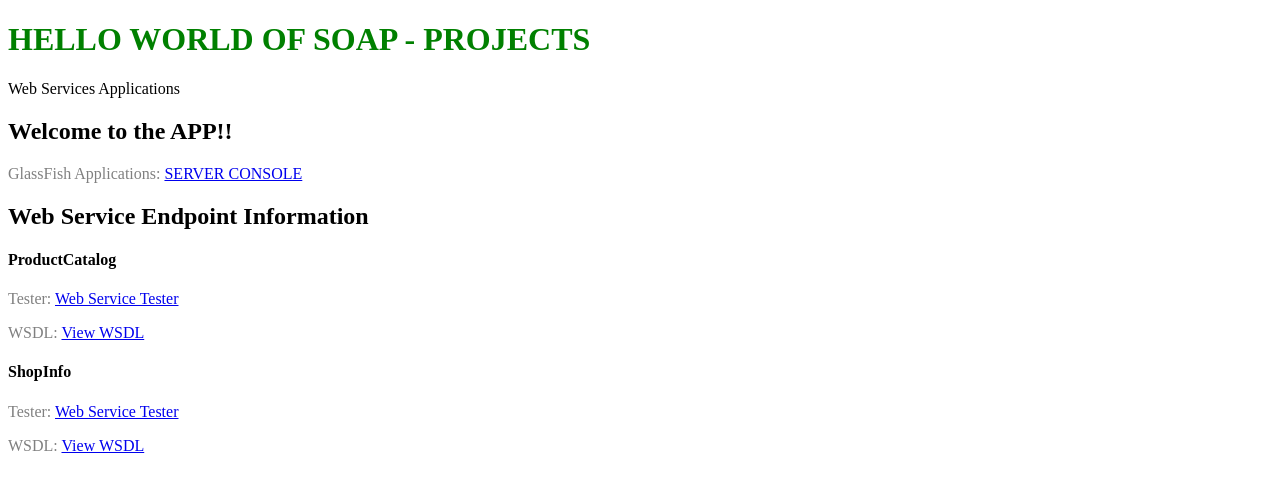
Repository: atafs/BackEnd_JAX-JAX-WS_SOAP
Page: http://localhost/Project_004_SOAP_server_TypesAndBinding/
The author's editor kept a copy of each file at every save. The page is drawn from the files as they stood at one save, then again after the next save.
The browser window is 1280 px wide. The pictures show the whole page.
The page is served by Tomcat 9.

Above is the page before, as saved 2016-01-26 16:30:34.

After the next save:
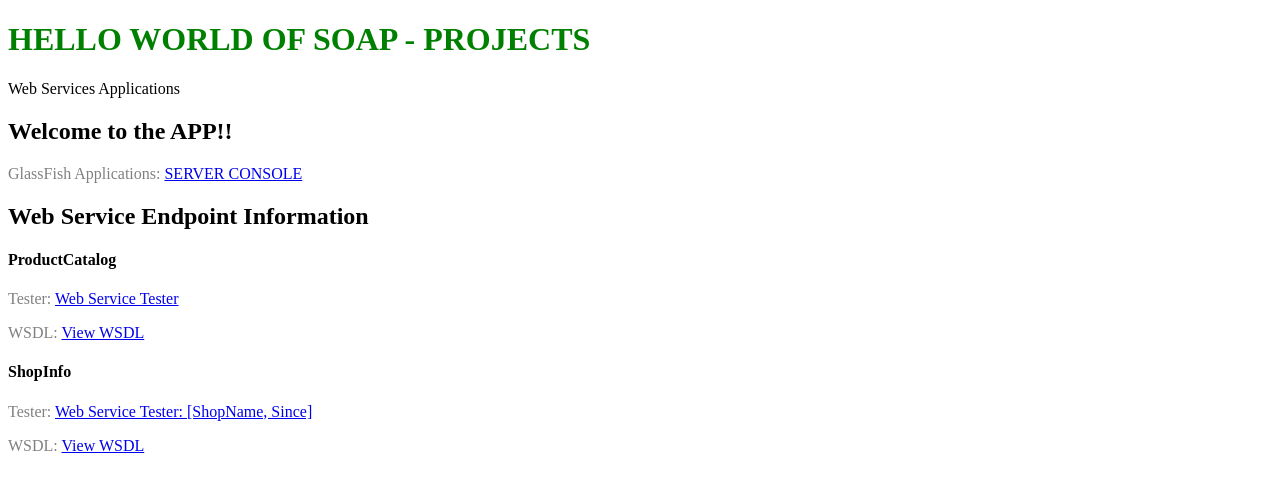
Saved 2 min 28 s later.
--- a/Project_004_SOAP_server_TypesAndBinding/WebContent/index.jsp
+++ b/Project_004_SOAP_server_TypesAndBinding/WebContent/index.jsp
@@ -24,7 +24,7 @@
 	<p style="color:gray;">WSDL: <a href="http://atafs:9090/Project_003_SOAP_server_ServiceAndContractFirst/ProductCatalogService?wsdl">View WSDL</a></p>
 
 	<h4>ShopInfo</h4>
-	<p style="color:gray;">Tester: <a href="http://atafs:9090/Project_004_SOAP_server_TypesAndBinding/ShopInfoService?Tester">Web Service Tester</a></p>
+	<p style="color:gray;">Tester: <a href="http://atafs:9090/Project_004_SOAP_server_TypesAndBinding/ShopInfoService?Tester">Web Service Tester: [ShopName, Since]</a></p>
 	<p style="color:gray;">WSDL: <a href="http://atafs:9090/Project_004_SOAP_server_TypesAndBinding/ShopInfoService?wsdl">View WSDL</a></p>
 
 
